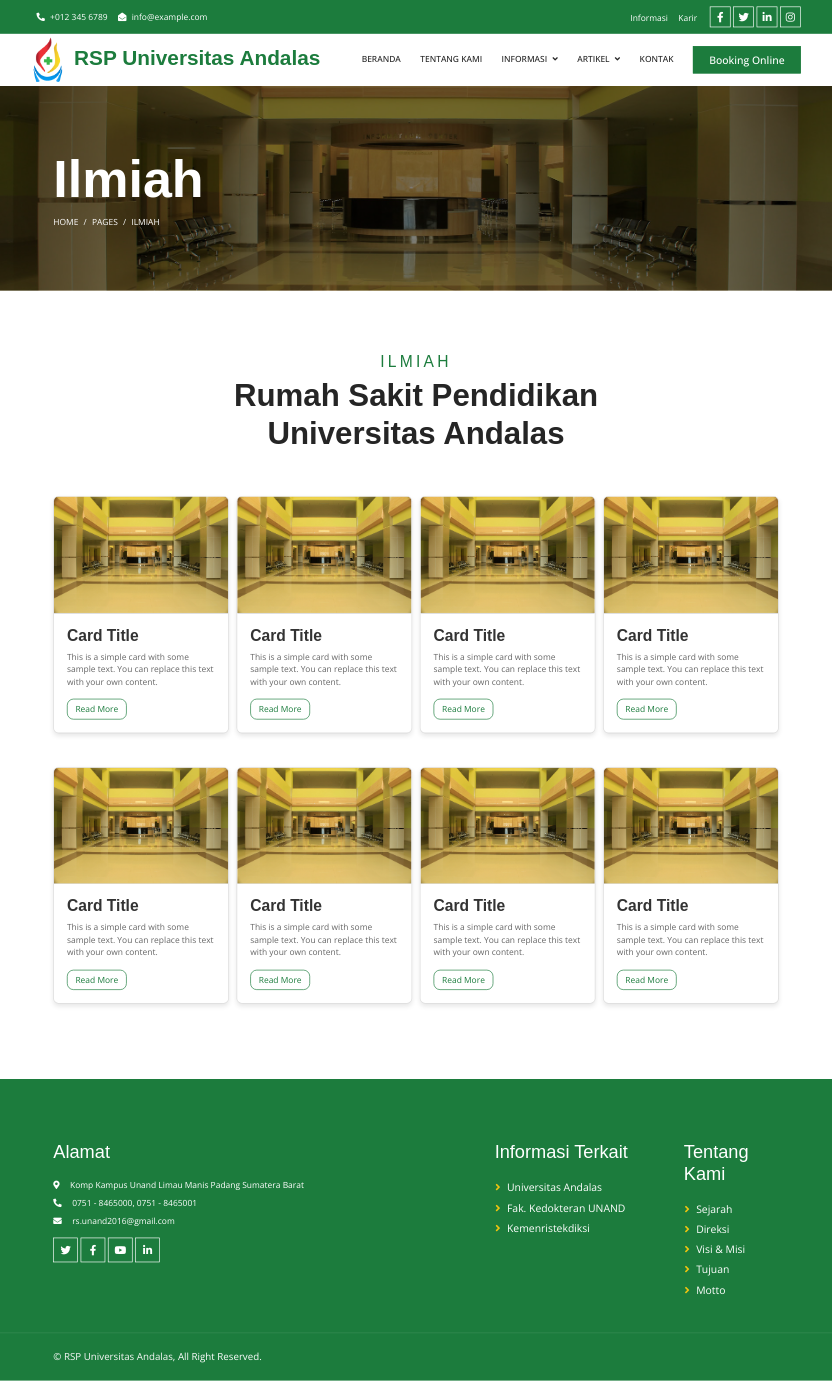
Repository: vivin-erialis/rsunand-site
Page: http://localhost/ilmiah
The author's editor kept a copy of each file at every save. The page is drawn from the files as they stood at one save, then again after a run of saves.
The browser window is 1280 px wide. The pictures show the whole page, at 65% of full size.
Some web fonts or font styles are not loaded; a fallback is used. Some web libraries are served in a nearby version. The page is served by the project's Laravel application, run on PHP 8.4 with Laravel 12. Queries for data that is not in the repository find no rows.

Above is the page before, as saved 2024-04-29 09:55:51.
Console error: TypeError: Cannot read properties of undefined (reading 'version')

After the next 2 saves:
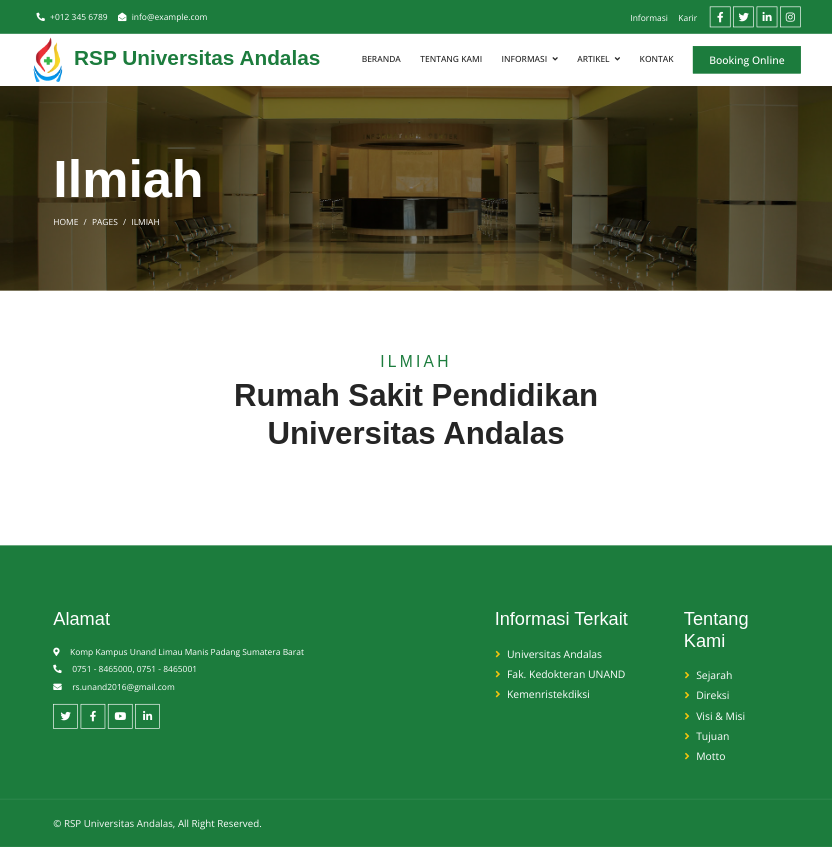
The 2 saves are shown as one change because they came seconds apart.
The last was saved 64 s later.
--- a/resources/views/Frontend/artikel/ilmiah.blade.php
+++ b/resources/views/Frontend/artikel/ilmiah.blade.php
@@ -10,78 +10,17 @@
                 <h1 class="display-5 mb-4">Rumah Sakit Pendidikan Universitas Andalas</h1>
             </div>
             <dvi class="container-berita">
-                <div class="card">
-                    <img src="/../assets/img/slide-2.jpg" alt="Placeholder Image" class="card-image">
-                    <div class="card-content">
-                        <h2 class="card-title">Card Title</h2>
-                        <p class="card-text">This is a simple card with some sample text. You can replace this text with your
-                            own content.</p>
-                        <a href="/ilmiah" class="card-button">Read More</a>
+
+                @foreach ($ilmiah as $item)
+                    <div class="card">
+                        <img loading="lazy" class="card-img" src="{{ asset('/images/artikel/' . $item->gambar) }}">
+                        <div class="card-content">
+                            <h2 class="card-title">{{ $item->title }}</h2>
+                            <p class="card-text">{!! $item->desc !!}</p>
+                            <a href="/berita" class="card-button">Read More</a>
+                        </div>
                     </div>
-                </div>
-                <div class="card">
-                    <img src="/../assets/img/slide-2.jpg" alt="Placeholder Image" class="card-image">
-                    <div class="card-content">
-                        <h2 class="card-title">Card Title</h2>
-                        <p class="card-text">This is a simple card with some sample text. You can replace this text with your
-                            own content.</p>
-                        <a href="/ilmiah" class="card-button">Read More</a>
-                    </div>
-                </div>
-                <div class="card">
-                    <img src="/../assets/img/slide-2.jpg" alt="Placeholder Image" class="card-image">
-                    <div class="card-content">
-                        <h2 class="card-title">Card Title</h2>
-                        <p class="card-text">This is a simple card with some sample text. You can replace this text with your
-                            own content.</p>
-                        <a href="/berita" class="card-button">Read More</a>
-                    </div>
-                </div>
-                <div class="card">
-                    <img src="/../assets/img/slide-2.jpg" alt="Placeholder Image" class="card-image">
-                    <div class="card-content">
-                        <h2 class="card-title">Card Title</h2>
-                        <p class="card-text">This is a simple card with some sample text. You can replace this text with your
-                            own content.</p>
-                        <a href="/berita" class="card-button">Read More</a>
-                    </div>
-                </div>
-                <div class="card">
-                    <img src="/../assets/img/slide-2.jpg" alt="Placeholder Image" class="card-image">
-                    <div class="card-content">
-                        <h2 class="card-title">Card Title</h2>
-                        <p class="card-text">This is a simple card with some sample text. You can replace this text with your
-                            own content.</p>
-                        <a href="/berita" class="card-button">Read More</a>
-                    </div>
-                </div>
-                <div class="card">
-                    <img src="/../assets/img/slide-2.jpg" alt="Placeholder Image" class="card-image">
-                    <div class="card-content">
-                        <h2 class="card-title">Card Title</h2>
-                        <p class="card-text">This is a simple card with some sample text. You can replace this text with your
-                            own content.</p>
-                        <a href="/berita" class="card-button">Read More</a>
-                    </div>
-                </div>
-                <div class="card">
-                    <img src="/../assets/img/slide-2.jpg" alt="Placeholder Image" class="card-image">
-                    <div class="card-content">
-                        <h2 class="card-title">Card Title</h2>
-                        <p class="card-text">This is a simple card with some sample text. You can replace this text with your
-                            own content.</p>
-                        <a href="/berita" class="card-button">Read More</a>
-                    </div>
-                </div>
-                <div class="card">
-                    <img src="/../assets/img/slide-2.jpg" alt="Placeholder Image" class="card-image">
-                    <div class="card-content">
-                        <h2 class="card-title">Card Title</h2>
-                        <p class="card-text">This is a simple card with some sample text. You can replace this text with your
-                            own content.</p>
-                        <a href="/berita" class="card-button">Read More</a>
-                    </div>
-                </div>
+                @endforeach
 
             </dvi>
         </div>
